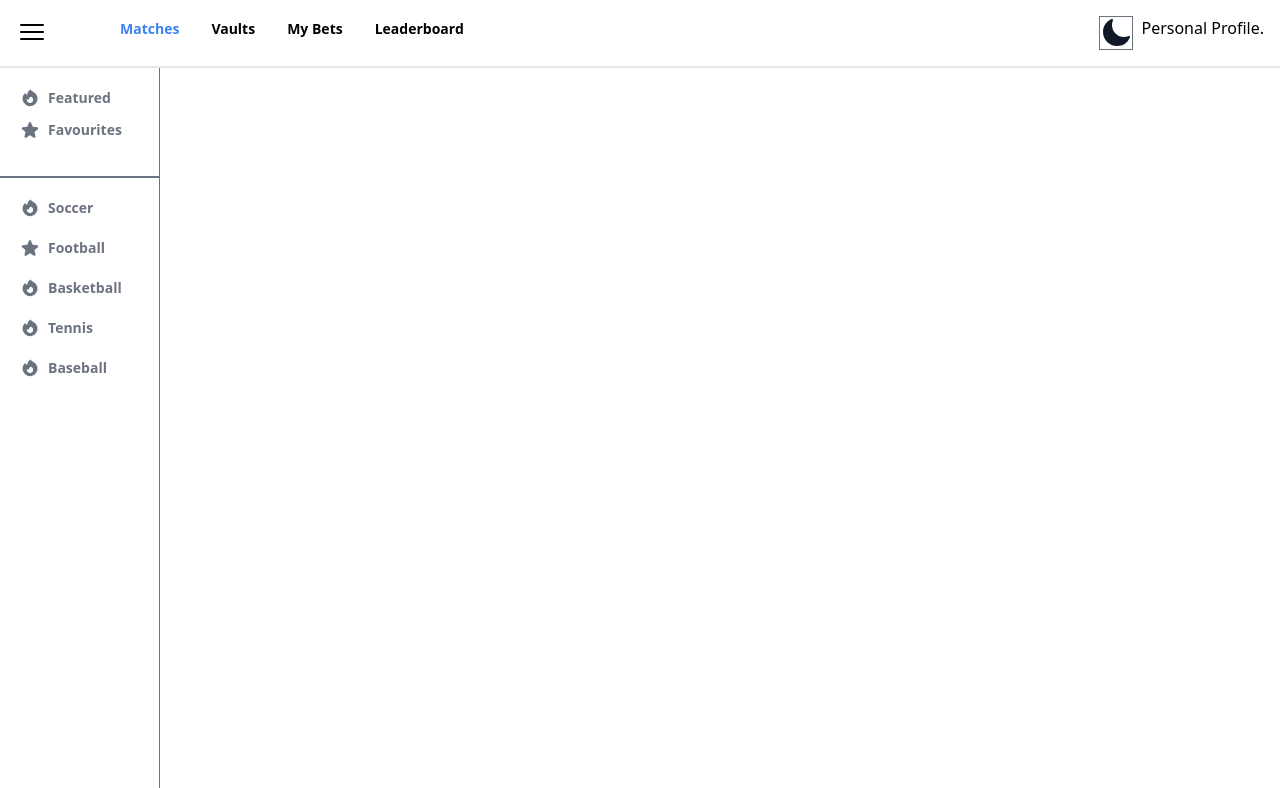
Repository: thekingisherenow/Betterbook
Page: /
The author's editor kept a copy of each file at every save. The page is drawn from the files as they stood at one save, then again after a run of saves.
The browser window is 1280 px wide. The pictures show the whole page.
The project was rebuilt for these pictures with package versions that can differ from the ones it lists, and the page was loaded fresh each time. The framework's server and built-in components were replaced by stand-ins that run in the browser. Also part of the build but not shown: next.config.js.

Above is the page before, as saved 2023-01-17 00:44:43.

### src/pages/_app.tsx
import type { AppProps } from 'next/app'
import { Provider } from 'react-redux'
import store from '../core/store'
import '../core/styles/root.css'
import { ThemeProvider } from 'next-themes'

const App = (props: AppProps) => {
  const { Component, pageProps } = props
  return (
    <ThemeProvider enableSystem={true}  attribute="class">
    <Provider store={store}>
      <Component {...pageProps} />
    </Provider>
    </ThemeProvider>
  )
}

export default App

### src/pages/index.tsx
import type { NextPage } from 'next'
import { useEffect, useState } from 'react'
import API from '../core/services'
import { Game } from '../types/game'
import Sidebar from '../components/Typography/Sidebar'
import Header from '../components/Typography/Header'

const IndexPage: NextPage = () => {
  const [games, setGames] = useState<Game[]>([])

  useEffect(() => {
    API.games.fetchGames().then(setGames)
  }, [])

  return <div>
        <main className=''>

          {/* Header  */}
          <Header />
            {/* Sidebar */}
            <Sidebar/>
            {/* Center  */}

        </main>
  </div>
}

export default IndexPage

### src/core/store/index.ts
import { configureStore } from '@reduxjs/toolkit'
import { counterReducer } from './slices/counterSlice'

const store = configureStore({
  reducer: {
    counter: counterReducer,
  },
})

export default store

### src/core/services/index.ts
import * as gamesServices from './games'

const API = {
  games: gamesServices,
}

export default API

### src/components/Typography/Sidebar.tsx
import React from 'react'
import { FireIcon, StarIcon } from '@heroicons/react/24/solid'

function Sidebar() {
    return (
        <div className='text-gray-500 text-sm border-r h-screen w-40 border-gray-500'>
            <div>
                <div className='flex flex-col  p-5 space-y-3 font-semibold mb-4'>
                    <button className='flex items-center space-x-2 hover:text-blue-600'>
                        <FireIcon className='w-5 h-5' />
                        <p>Featured</p>
                    </button>
                    <button className='flex items-center space-x-2 hover:text-blue-600'>
                        <StarIcon className='w-5 h-5' />
                        <p>Favourites</p>
                    </button>
                </div>
                    <hr className='border-t-2 border-gray-500' />

                <div className='flex flex-col space-y-5  p-5 font-semibold mb-4'>
                    <button className='flex items-center space-x-2 hover:text-blue-600'>
                        <FireIcon className='w-5 h-5' />
                        <p>Soccer</p>
                    </button>
                    <button className='flex items-center space-x-2 hover:text-blue-600'>
                        <StarIcon className='w-5 h-5' />
                        <p>Football</p>
                    </button>
                    <button className='flex items-center space-x-2 hover:text-blue-600'>
                        <FireIcon className='w-5 h-5' />
                        <p>Basketball</p>
                    </button>
                    <button className='flex items-center space-x-2 hover:text-blue-600'>
                        <FireIcon className='w-5 h-5' />
                        <p>Tennis</p>
                    </button>
                    <button className='flex items-center space-x-2 hover:text-blue-600'>
                        <FireIcon className='w-5 h-5' />
                        <p>Baseball</p>
                    </button>
                </div>
            </div>
        </div>
    )
}

export default Sidebar

### src/components/Typography/Header.tsx
import { Bars3Icon } from '@heroicons/react/24/solid'
import React from 'react'
import NavLinks from './NavLinks'
import DarkModeButton from './DarkModeButton'

function Header() {
  return (
    <header >
      <div className='p-4 flex text-center   border-b-2 '>

        <Bars3Icon className='h-8 w-8  cursor-pointer'/>
        <div className='ml-10'>

          {/* Nav Links */}
          <div className='ml-4 items-center'>

        <NavLinks  />
          </div>

        </div>
        <div className='flex space-x-2 justify-end ml-auto '>
          {/* DARK MODE BUTTON  */}

          <DarkModeButton   />

            <div>
             Personal Profile.
              </div>
        </div>
      </div>
    </header>
  )
}

export default Header

### src/core/store/slices/counterSlice.ts
import { createSlice } from '@reduxjs/toolkit'

export const counterSlice = createSlice({
  name: 'counter',
  initialState: {
    count: 0,
  },
  reducers: {
    setCount(state, { payload }) {
      state.count = payload
    },
  },
})

export const counterReducer = counterSlice.reducer

### src/core/services/games.ts
import { Game } from '../../types/game'

export const fetchGames = (): Promise<Game[]> => {
  return Promise.resolve([
    {
      id: '1',
      name: 'Spain vs Argentina',
    },
  ])
}

### src/components/Typography/NavLinks.tsx
import React, { useEffect } from 'react'
import { categories } from './constants'
import NavLink from './NavLink'
import { useRouter } from 'next/router'

function NavLinks() {
  const router = useRouter();

  //const isActive is true if the pathname in the url matches the  navlink's path.
  const isActive = (path:string)=>{
    return router.pathname===path
  }

  return (
    <nav>
      {categories.map((category)=>(
        <NavLink key={category.label} category={category.label} path={category.path} isActive={isActive(category.path)} />
      ))}
    </nav>
  )
}

export default NavLinks

### src/components/Typography/DarkModeButton.tsx
import React, { useEffect, useState } from 'react'
import { useTheme } from 'next-themes'
import { MoonIcon, SunIcon } from '@heroicons/react/24/solid'

function DarkModeButton() {
    const [mounted, setMounted] = useState(false)
    const {systemTheme,theme,setTheme} = useTheme()
    useEffect(() => {
        setMounted(true)
      }, [])

      if (!mounted) {
        return null
      }

    const currentTheme = theme==="system"? systemTheme : theme;

  return (
    <div className='border border-gray-500'>
    {currentTheme==='dark'?
        <SunIcon
        onClick={()=>setTheme("light")}
        className='h-8 w-8 cursor-pointer text-yellow-500'
         />
        :
        <MoonIcon
        onClick={()=>setTheme("dark")}
        className='h-8 w-8 cursor-pointer text-gray-900'
        />

}
    </div>
  )
}

export default DarkModeButton

### src/components/Typography/constants.ts
import { Category } from "../../types/category"

export const categories : Category[] =[
    {label:"Matches",path:"/"},
    {label:"Vaults",path:"/vaults"},
    {label:"My Bets",path:"/mybets"},
    {label:"Leaderboard",path:"/leaderboard"},
]

### src/components/Typography/NavLink.tsx
import Link from 'next/link';
import React from 'react'


type Props = {
    category: string;
    path:string;
    isActive: boolean;

}

function NavLink({category,path,isActive}:Props) {
  return (
    <Link href={`${path}`}
        className={`cursor-pointer p-4 text-sm  font-semibold
         ${isActive && 'text-blue-500 hover:text-blue-600 font-bold '}`}
    >
      {category}
    </Link>
  )
}

export default NavLink

### tailwind.config.js
/** @type {import('tailwindcss').Config} */
module.exports = {
  content: [
    './src/pages/**/*.{js,ts,jsx,tsx}',
    './src/components/**/*.{js,ts,jsx,tsx}',
    './src/modules/**/*.{js,ts,jsx,tsx}',
  ],
  darkMode: 'class',
  theme: {
    extend: {},
  },
  plugins: [],
}

Loaded but not shown: src/core/styles/root.css (common file)

After the next 2 saves:
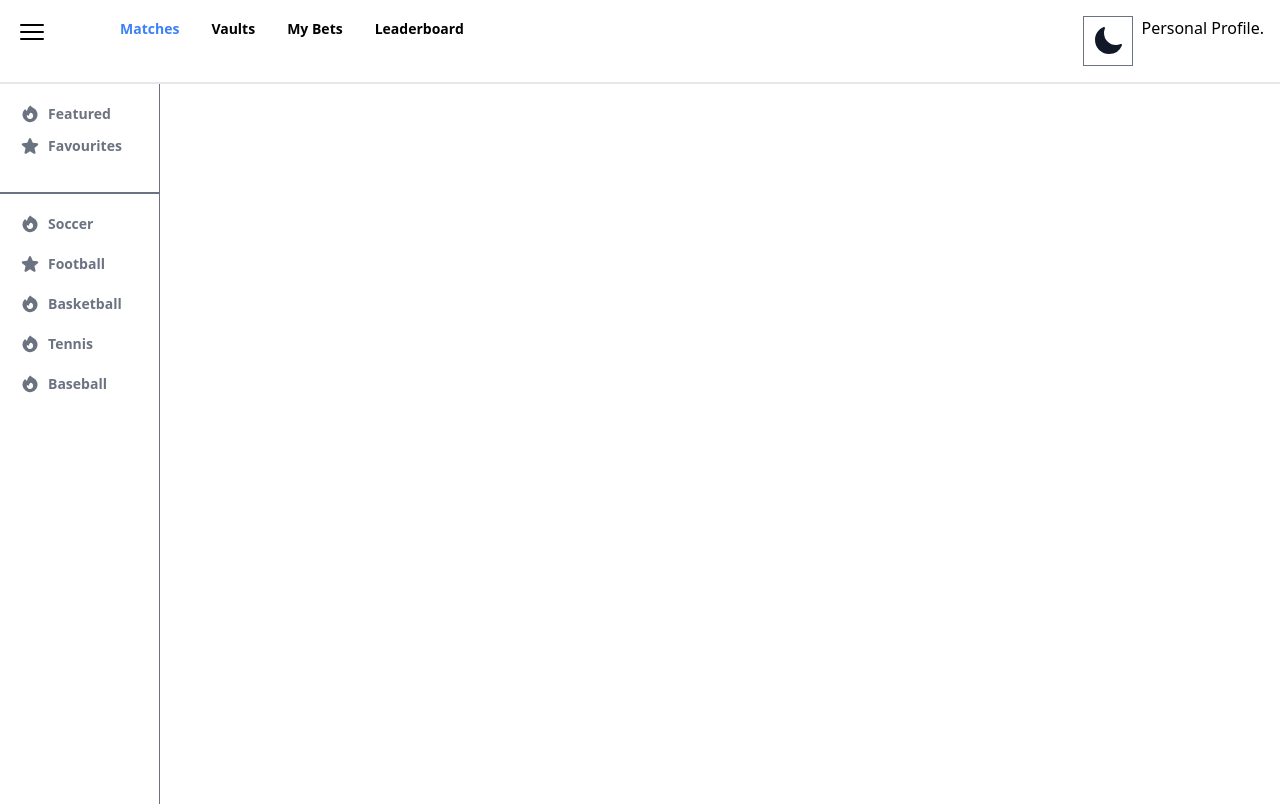
The 2 saves are shown as one change because they came seconds apart.
The last was saved 8 s later.
--- a/src/components/Typography/DarkModeButton.tsx
+++ b/src/components/Typography/DarkModeButton.tsx
@@ -16,7 +16,7 @@ function DarkModeButton() {
     const currentTheme = theme==="system"? systemTheme : theme;
 
   return (
-    <div className='border border-gray-500'>
+    <div className='border border-gray-500 p-2'>
     {currentTheme==='dark'?
         <SunIcon
         onClick={()=>setTheme("light")}
